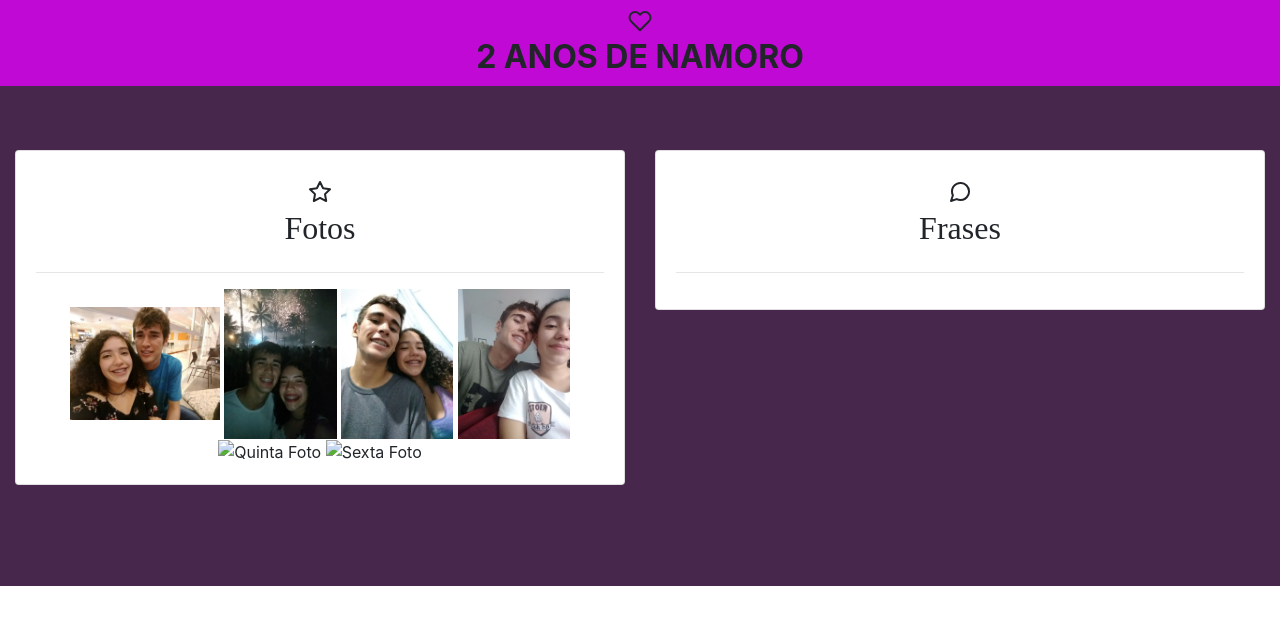
Repository: MeuAmor/meuamor.github.io
Page: index.html
These files come from the project's save history. The page is drawn as it stood at one moment and after the next save; the edit follows.
The browser window is 1280 px wide. The pictures show the whole page.

Above is the page before, as saved 2019-08-20 23:00:40.
Not found: imagens/setima_foto.jpg
Not found: imagens/sexta_foto.jpg

### index.html
<!DOCTYPE html>
<html lang="pt">
<head>
  <title>2 ANOS</title>
  <meta charset="utf-8">
  <meta name="viewport" content="width=device-width, initial-scale=1">
  <link rel="stylesheet" href="assets/css/bootstrap4.1/bootstrap.min.css">
  <script src="assets/js/jquery.3.3.1.min.js"></script>
  <script src="assets/js/bootstrap4.1/popper.min.js"></script>
	<script src="assets/js/bootstrap4.1/bootstrap.min.js"></script>
	<!-- <style>
			hr {
				margin-top: 1rem;
				margin-bottom: 1rem;
				border: 5;
				border-top: 1px solid rgba(0, 0, 0, 0.1);
			}
		</style> -->
</head>
<body class="container-fluid">


	<div class="row" style="background:#c109d6">
		<div class="col-md-12 text-left">
			<h2>
                <!-- <svg xmlns="http://www.w3.org/2000/svg" width="24" height="24" viewBox="0 0 24 24" fill="none" stroke="currentColor"
                        stroke-width="2" stroke-linecap="round" stroke-linejoin="round" class="feather feather-heart">
                    <path d="M20.84 4.61a5.5 5.5 0 0 0-7.78 0L12 5.67l-1.06-1.06a5.5 5.5 0 0 0-7.78 7.78l1.06 1.06L12 21.23l7.78-7.78 1.06-1.06a5.5 5.5 0 0 0 0-7.78z"/>
                </svg> -->
                <div class="text-center">

                    <svg xmlns="http://www.w3.org/2000/svg" width="24" height="24" viewBox="0 0 24 24" fill="none" stroke="currentColor"
                            stroke-width="2" stroke-linecap="round" stroke-linejoin="round" class="feather feather-heart">
                        <path d="M20.84 4.61a5.5 5.5 0 0 0-7.78 0L12 5.67l-1.06-1.06a5.5 5.5 0 0 0-7.78 7.78l1.06 1.06L12 21.23l7.78-7.78 1.06-1.06a5.5 5.5 0 0 0 0-7.78z"/>
                    </svg>
                </div>
                <div class="text-center" >

                    <b>2 ANOS DE NAMORO </b>
                </div>
            </h2>
		</div>
		<div class="col-md-6 " id="redes_sociais">
			<!-- <a style="margin:10px;" class="btn btn-info btn-xs float-right" href="http://www.linkedin.com/in/leonardo-bernardes-da-silva-a8869b132">
				<svg xmlns="http://www.w3.org/2000/svg" width="24" height="24" viewBox="0 0 24 24" fill="none" stroke="currentColor" stroke-width="2" stroke-linecap="round" stroke-linejoin="round" class="feather feather-linkedin">
					<path d="M16 8a6 6 0 0 1 6 6v7h-4v-7a2 2 0 0 0-2-2 2 2 0 0 0-2 2v7h-4v-7a6 6 0 0 1 6-6z"></path><rect x="2" y="9" width="4" height="12"></rect>
					<circle cx="4" cy="4" r="2"></circle></svg>	LinkedIn</a>
				<a style="margin:10px;" class="btn btn-primary btn-xs float-right" href="http://www.facebook.com/lezinho.bernardes">
					<svg xmlns="http://www.w3.org/2000/svg" width="24" height="24" viewBox="0 0 24 24" fill="none" stroke="currentColor" stroke-width="2" stroke-linecap="round" stroke-linejoin="round" class="feather feather-facebook">
						<path d="M18 2h-3a5 5 0 0 0-5 5v3H7v4h3v8h4v-8h3l1-4h-4V7a1 1 0 0 1 1-1h3z"></path>
					</svg>
					LinkedIn
				</a>  -->
		</div>


</div>
<div class="row" style="background:#48274c;min-height: 500px;">

	<!-- <hr> -->
	<!-- <p style="margin: 10px;">
		<a class="btn btn-dark" data-toggle="collapse" href="#multiCollapseExample1" role="button" aria-expanded="false" aria-controls="multiCollapseExample1">Toggle first element</a>
		<button class="btn btn-dark" type="button" data-toggle="collapse" data-target="#multiCollapseExample2" aria-expanded="false" aria-controls="multiCollapseExample2">Toggle second element</button>
		<button class="btn btn-dark" type="button" data-toggle="collapse" data-target=".multi-collapse" aria-expanded="false" aria-controls="multiCollapseExample1 multiCollapseExample2">Toggle both elements</button> -->
	<!-- </p> -->


	<div class="col-md-6" style="margin-top: 5%;">
		<div class="card card-body">
            <h2>
                <div class="text-center">

                    <svg xmlns="http://www.w3.org/2000/svg" width="24" height="24" viewBox="0 0 24 24"
                        fill="none" stroke="currentColor" stroke-width="2" stroke-linecap="round" stroke-linejoin="round"
                        class="feather feather-star">
                        <polygon points="12 2 15.09 8.26 22 9.27 17 14.14 18.18 21.02 12 17.77 5.82 21.02 7 14.14 2 9.27 8.91 8.26 12 2"/>
                    </svg>
                </div>
                <div class="text-center" style="font-family: 'Times New Roman', Times, serif">

                    Fotos
                </div>
            </h2>
            <hr>
            <div>

                <!-- <svg xmlns="http://www.w3.org/2000/svg" width="24" height="24" viewBox="0 0 24 24">
                    <path d="M8.59 16.59L13.17 12 8.59 7.41 10 6l6 6-6 6-1.41-1.41z"/>
                    <path fill="none" d="M0 0h24v24H0V0z"/>
                </svg>
                Primeira foto juntos<br> -->
                <div class="text-center">
                    <img src="imagens/primeira_foto.jpg" alt="Primeira Foto" width="150px;">
                    <img src="imagens/segunda_foto.jpg" alt="Segunda Foto" height="150px;">
                    <img src="imagens/terceira_foto.jpg" alt="Terceira Foto" height="150px;">
                    <img src="imagens/quarta_foto.jpg" alt="Quarta Foto" height="150px;">
                    <img src="imagens/setima_foto.jpg" alt="Quinta Foto" width="150px;">
                    <img src="imagens/sexta_foto.jpg" alt="Sexta Foto" width="150px;">
                </div>
                <!-- <br>
                <svg xmlns="http://www.w3.org/2000/svg" width="24" height="24" viewBox="0 0 24 24">
                    <path d="M8.59 16.59L13.17 12 8.59 7.41 10 6l6 6-6 6-1.41-1.41z"/>
                    <path fill="none" d="M0 0h24v24H0V0z"/>
                </svg>
                1º Dia dos Namorados<br>
                <div class="text-center">


                </div>
                <br>


                <svg xmlns="http://www.w3.org/2000/svg" width="24" height="24" viewBox="0 0 24 24">
                    <path d="M8.59 16.59L13.17 12 8.59 7.41 10 6l6 6-6 6-1.41-1.41z"/>
                    <path fill="none" d="M0 0h24v24H0V0z"/>
                </svg> 2º Dia dos Namorados -->

            </div>
		</div>
	</div>
	<div class="col-md-6" style="margin-top: 5%;">
		<div class="card card-body">
            <h2 style="text-align:center;">
                <div class="text-center">

                    <svg xmlns="http://www.w3.org/2000/svg" width="24" height="24" viewBox="0 0 24 24" fill="none" stroke="currentColor" stroke-width="2" stroke-linecap="round" stroke-linejoin="round" class="feather feather-message-circle">
                    <path d="M21 11.5a8.38 8.38 0 0 1-.9 3.8 8.5 8.5 0 0 1-7.6 4.7 8.38 8.38 0 0 1-3.8-.9L3 21l1.9-5.7a8.38 8.38 0 0 1-.9-3.8 8.5 8.5 0 0 1 4.7-7.6 8.38 8.38 0 0 1 3.8-.9h.5a8.48 8.48 0 0 1 8 8v.5z"/></svg>
                </div>
                <div class="text-center" style="font-family: 'Times New Roman', Times, serif">
                    Frases
                </div>
            </h2>
			<hr>
            <div class="row">


            </div>
        </div>

	</div>

</div>
</body>
</html>

Loaded but not shown: assets/css/bootstrap4.1/bootstrap.min.css (library); assets/js/jquery.3.3.1.min.js (library); assets/js/bootstrap4.1/popper.min.js (library); assets/js/bootstrap4.1/bootstrap.min.js (library)

After the next save:
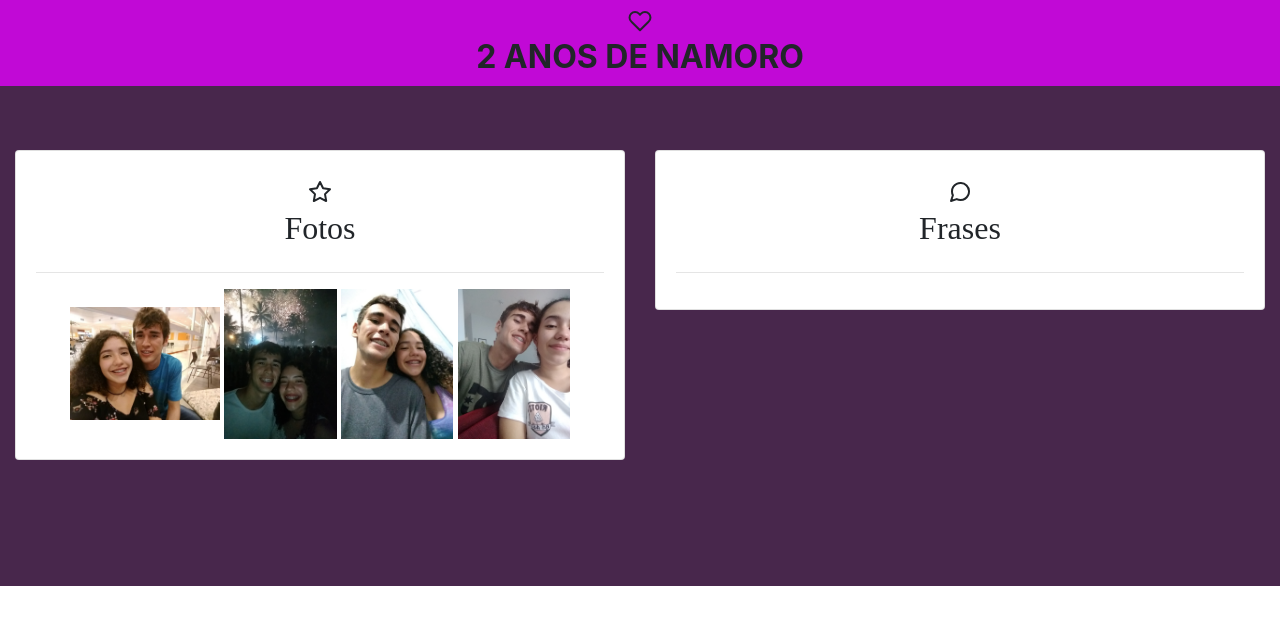
Saved 46 s later.
--- a/index.html
+++ b/index.html
@@ -94,8 +94,7 @@
                     <img src="imagens/segunda_foto.jpg" alt="Segunda Foto" height="150px;">
                     <img src="imagens/terceira_foto.jpg" alt="Terceira Foto" height="150px;">
                     <img src="imagens/quarta_foto.jpg" alt="Quarta Foto" height="150px;">
-                    <img src="imagens/setima_foto.jpg" alt="Quinta Foto" width="150px;">
-                    <img src="imagens/sexta_foto.jpg" alt="Sexta Foto" width="150px;">
+
                 </div>
                 <!-- <br>
                 <svg xmlns="http://www.w3.org/2000/svg" width="24" height="24" viewBox="0 0 24 24">
